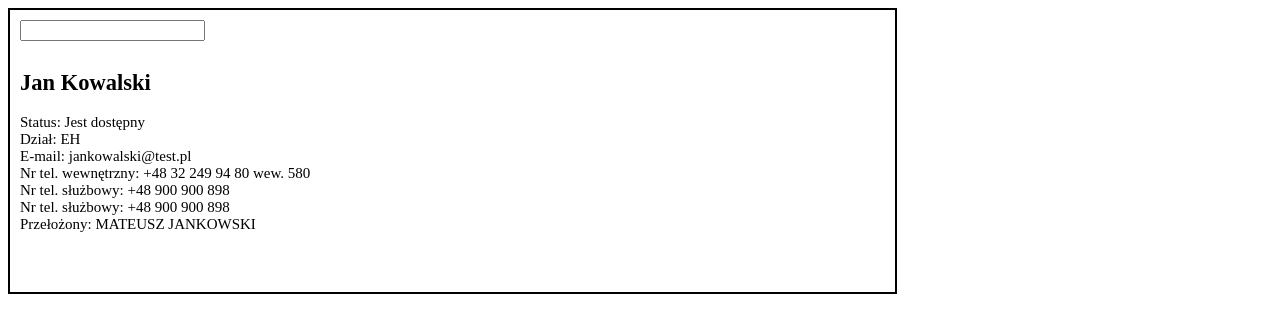
Repository: emdes515/EHpanel
Page: html/dashboardObecnosc.html
The author's editor kept a copy of each file at every save. The page is drawn from the files as they stood at one save, then again after the next save.
The browser window is 1280 px wide. The pictures show the whole page.

Above is the page before, as saved 2024-04-22 10:16:42.
Console error: ReferenceError: $ is not defined

### html/dashboardObecnosc.html
<style>
	.main {
		width: 70%;
		height: 40%;
		border: 2px solid black;
		display: flex;
		flex-direction: column;
		align-items: first baseline;
		font-size: 15px;
	}

	input {
		margin: 10px;
	}
</style>

<div class="main">
	<input
		id="dashboardObecnoscInput"
		name="dashboardObecnoscInput" />
	<div>
		<div>
			<h2>Jan Kowalski</h2>
		</div>
		<div>
			<div><span>Status: </span> <span>Jest dostępny</span></div>
			<div><span>Dział: </span> <span>EH</span></div>
			<div><span>E-mail: </span> <span>jankowalski@test.pl</span></div>
			<div><span>Nr tel. wewnętrzny: </span> <span>+48 32 249 94 80 wew. 580</span></div>
			<div><span>Nr tel. służbowy: </span> <span>+48 900 900 898</span></div>
			<div><span>Nr tel. służbowy: </span> <span>+48 900 900 898</span></div>
			<div><span>Przełożony: </span> <span>MATEUSZ JANKOWSKI</span></div>
		</div>
	</div>
</div>

<script
	type="text/javascript"
	src="js/dashboardObecnosc.js"></script>

### js/dashboardObecnosc.js
$(document).ready(function () {
	const pracownicyNieobecnii_Zdalnie = $('#dashboardObecnoscInput').jqxInput({
		placeHolder: 'Enter a Country',
		height: '10%',
		width: '50%',
		minLength: 1,
	});

	const url = 'https://api.elgor.com.pl/login';
	const apikey =
		'f000983f7ccf9d50418948aeb3eef18484fb354824ca383c64823bd7db18c41b82b90434b9ab30e4f310701d749fa158569573b16a13cbd15fd0b853af04ed77';

	fetch(url, {
		method: 'GET',
		headers: {
			Accept: 'application/json',
			apikey: apikey,
		},
	})
		.then((response) => response.json())
		.then((data) => console.log(data));
});

After the next save:
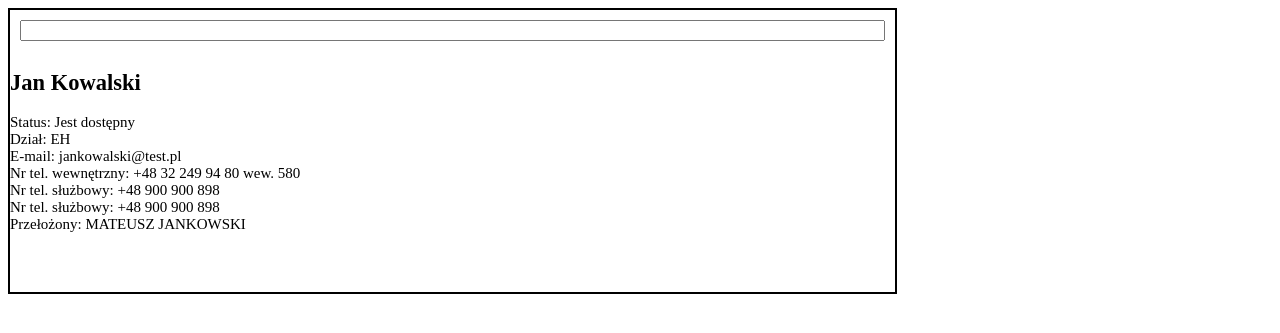
Saved 28 s later.
--- a/html/dashboardObecnosc.html
+++ b/html/dashboardObecnosc.html
@@ -5,7 +5,6 @@
 		border: 2px solid black;
 		display: flex;
 		flex-direction: column;
-		align-items: first baseline;
 		font-size: 15px;
 	}
 
